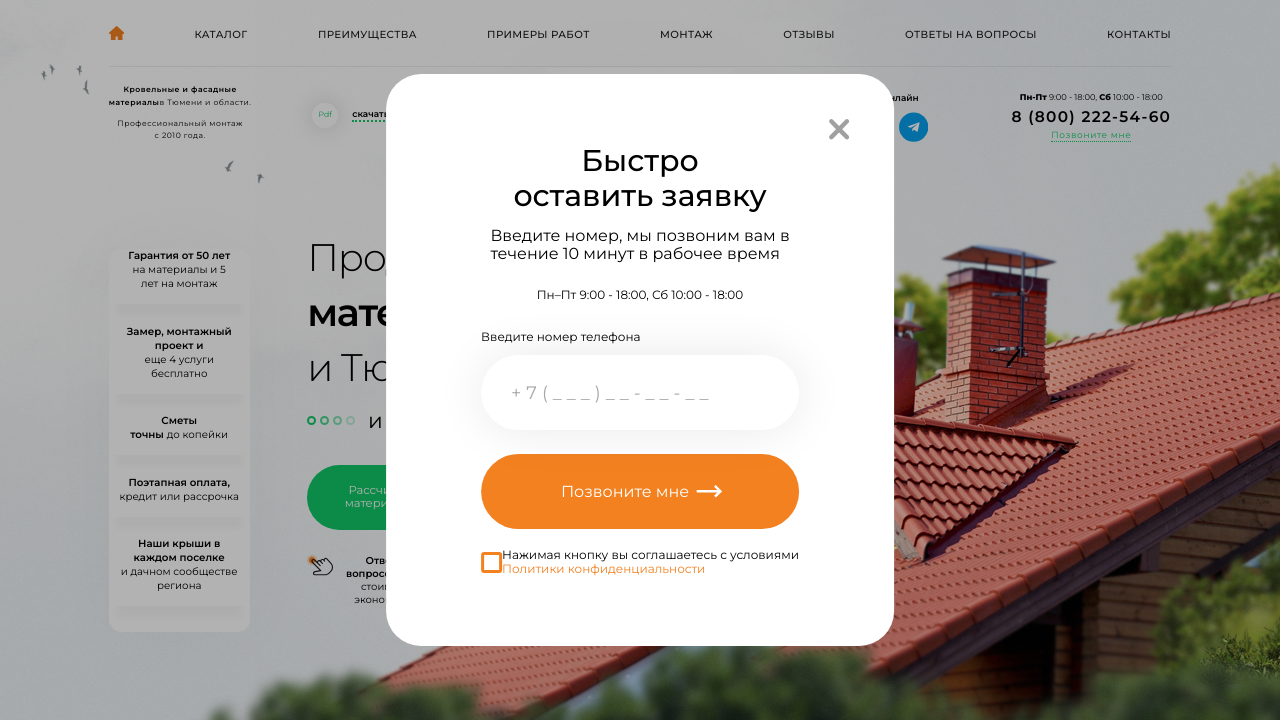
Repository: dima-hacker0/test_task_deyneka
Page: /
These files come from the project's save history. The page is drawn as it stood at one moment and after the next save; the edit follows.
The browser window is 1280 px wide. The pictures show the whole page.
The project was rebuilt for these pictures with package versions that can differ from the ones it lists, and the page was loaded fresh each time.

Above is the page before, as saved 2022-06-23 06:57:39.

### public/index.html
<!DOCTYPE html>
<html lang="en">
  <head>
    <meta charset="utf-8" />
    <link rel="preconnect" href="https://fonts.googleapis.com" />
    <link rel="preconnect" href="https://fonts.gstatic.com" crossorigin />
    <link
      href="https://fonts.googleapis.com/css2?family=Montserrat:ital,wght@0,100;0,200;0,300;0,400;0,500;0,600;0,700;0,800;0,900;1,100;1,200;1,300;1,400;1,500;1,600;1,700;1,800;1,900&display=swap"
      rel="stylesheet"
    />
    <link rel="icon" href="%PUBLIC_URL%/favicon.ico" />
    <meta name="viewport" content="width=device-width, initial-scale=1" />
    <meta name="theme-color" content="#000000" />
    <meta
      name="description"
      content="Web site created using create-react-app"
    />
    <link rel="apple-touch-icon" href="%PUBLIC_URL%/logo192.png" />
    <!--
      manifest.json provides metadata used when your web app is installed on a
      user's mobile device or desktop. See https://developers.google.com/web/fundamentals/web-app-manifest/
    -->
    <link rel="manifest" href="%PUBLIC_URL%/manifest.json" />
    <!--
      Notice the use of %PUBLIC_URL% in the tags above.
      It will be replaced with the URL of the `public` folder during the build.
      Only files inside the `public` folder can be referenced from the HTML.

      Unlike "/favicon.ico" or "favicon.ico", "%PUBLIC_URL%/favicon.ico" will
      work correctly both with client-side routing and a non-root public URL.
      Learn how to configure a non-root public URL by running `npm run build`.
    -->
    <title>React App</title>
  </head>
  <body>
    <noscript>You need to enable JavaScript to run this app.</noscript>
    <div id="root"></div>
    <!--
      This HTML file is a template.
      If you open it directly in the browser, you will see an empty page.

      You can add webfonts, meta tags, or analytics to this file.
      The build step will place the bundled scripts into the <body> tag.

      To begin the development, run `npm start` or `yarn start`.
      To create a production bundle, use `npm run build` or `yarn build`.
    -->
  </body>
</html>

### src/App.jsx
import "./App.css";
import Header from "./components/header/header";
import MainPage from "./components/main_page/main_page";
import Popap from "./components/popap/popap";

function App() {
  return (
    <div className="App">
      <Header />
      <MainPage />
      <Popap />
    </div>
  );
}

export default App;

### src/App.css
body {
  background-image: url(./images/BG.png);
  background-size: 100vw;
  background-repeat: no-repeat;
  min-height: 100vh;
}

### src/components/header/header.jsx
import Svg from "../../svg/svg";
import classes from "./header.module.css";

const Header = () => {
  return (
    <header className={classes.header}>
      <div className={classes.container}>
        <nav className={classes.navigation}>
          <a href="/">
            <Svg id="house" styles={classes.svg} />
          </a>
          <a href="/" className={classes.linkPage}>
            каталог
          </a>
          <a href="/" className={classes.linkPage}>
            преимущества
          </a>
          <a href="/" className={classes.linkPage}>
            примеры работ
          </a>
          <a href="/" className={classes.linkPage}>
            монтаж
          </a>
          <a href="/" className={classes.linkPage}>
            отзывы
          </a>
          <a href="/" className={classes.linkPage}>
            ответы на вопросы
          </a>
          <a href="/" className={classes.linkPage}>
            контакты
          </a>
        </nav>
      </div>
    </header>
  );
};

export default Header;

### src/components/main_page/main_page.jsx
import CentralBlock from "./central_block/central_block";
import CompanyAdvantages from "./company_advantages/company_advantages";
import classes from "./main_page.module.css";
import TopPanel from "./top_panel/top_panel";

const MainPage = () => {
  return (
    <section className={classes.mainPage}>
      <div className={classes.container}>
        <TopPanel />
        <div className={classes.advantagesAndMain}>
          <CompanyAdvantages />
          <CentralBlock />
        </div>
      </div>
    </section>
  );
};

export default MainPage;

### src/components/popap/popap.jsx
import Svg from "../../svg/svg";
import classes from "./popap.module.css";
import InputMask from "react-input-mask";
import React, { useState } from "react";

const Popap = () => {
  const checkBox = React.createRef();

  const [activeChecbox, setCheckBox] = useState(false);
  const [showAcceptConditions, setShowAcceptConditions] = useState(false);

  const submitForm = (event) => {
    event.preventDefault();
    if (!checkBox.current.checked) {
      setShowAcceptConditions(true);
      return;
    }
  };

  const clickCheckBox = () => {
    if (checkBox.current.checked) {
      setCheckBox(false);
    } else {
      setShowAcceptConditions(false);
      setCheckBox(true);
    }
  };

  return (
    <div className={classes.background}>
      <div className={classes.popap}>
        <div className={classes.container}>
          <p className={classes.submitApplicationText}>
            Быстро
            <br /> оставить заявку
          </p>
          <p className={classes.enterNumber}>
            Введите номер, мы позвоним вам в<br /> течение 10 минут в рабочее
            время
          </p>
          <p className={classes.workingHours}>
            Пн–Пт 9:00 - 18:00, Сб 10:00 - 18:00
          </p>

          <form onSubmit={submitForm}>
            <div className={classes.inputBlock}>
              <p className={classes.enterNumberInput}>Введите номер телефона</p>
              <InputMask
                className={classes.input}
                alwaysShowMask="true"
                mask="+7(999)99-99-99"
              />
            </div>
            <button type="submit" className={classes.buttonCallMe}>
              <p className={classes.buttonCallMe__text}>Позвоните мне</p>
              <Svg id="arrow" styles={classes.arrow}></Svg>
            </button>
            <div className={classes.checkBoxBlock}>
              <label
                onClick={clickCheckBox}
                className={classes.checkBoxLabel}
                htmlFor="checkbox"
              >
                <div
                  className={
                    activeChecbox
                      ? classes.customCheckboxActive
                      : classes.customCheckBoxInactive
                  }
                >
                  {activeChecbox ? (
                    <Svg id="check-mark" styles={classes.checkMark} />
                  ) : null}
                </div>
              </label>
              <div className={classes.acceptConditionsBlock}>
                <p className={classes.acceptConditions}>
                  Нажимая кнопку вы соглашаетесь с условиями
                  <br />{" "}
                  <span style={{ color: "#F38120" }}>
                    Политики конфиденциальности
                  </span>
                </p>
                {showAcceptConditions ? (
                  <p>Для начала примите условия</p>
                ) : null}
              </div>
            </div>
            <input
              style={{ display: "none" }}
              ref={checkBox}
              id="checkbox"
              type="checkbox"
            />
          </form>
        </div>
        <Svg styles={classes.cross} id="cross" />
      </div>
    </div>
  );
};

export default Popap;

### src/components/header/header.module.css
.linkPage {
  text-transform: uppercase;
  font-weight: 500;
  color: #1c1c1c;
  font-size: 0.8vw;
  letter-spacing: 0.03vw;
  transition: 0.4s;
}
.navigation {
  display: flex;
  justify-content: space-between;
  align-items: center;
  padding-top: 2vw;
  padding-bottom: 1.7vw;
}
.container {
  max-width: 83vw;
  margin: 0 auto;
  border-bottom: 1px solid rgba(0, 0, 0, 0.07);
}
.svg {
  width: 1.2vw;
}
.linkPage:after {
  display: block;
  content: "";
  height: 1px;
  width: 0%;
  background-color: #f38120;
  transition: width 0.4s ease-in-out;
}
.linkPage:hover:after,
.linkPage:focus:after {
  width: 100%;
}
.linkPage:hover {
  color: #f38120;
}

### src/components/main_page/central_block/central_block.jsx
import Svg from "../../../svg/svg";
import classes from "./central_block.module.css";

const CentralBlock = () => {
  return (
    <div className={classes.centralBlock}>
      <h1 className={classes.mainTitle}>
        Продажа{" "}
        <span className={classes.highlightText}>
          кровельных
          <br /> материалов{" "}
        </span>
        в Тюмени
        <br /> и Тюменской области
      </h1>
      <div className={classes.turnkeyInstallation}>
        <ul className={classes.circles}>
          <li className={classes.circles__item}></li>
          <li className={classes.circles__item}></li>
          <li className={classes.circles__item}></li>
          <li className={classes.circles__item}></li>
        </ul>
        <span className={classes.turnkeyInstallation__text}>
          и монтаж под ключ
        </span>
      </div>
      <div className={classes.buttons}>
        <button className={classes.buttons__item}>
          <div className={classes.buttonContent}>
            <span className={classes.buttonText}>
              Рассчитать стоимость
              <br /> материалов и монтажа
            </span>
            <Svg id="arrow" styles={classes.arrow} />
          </div>
        </button>
        <button className={classes.buttons__item}>
          <div className={classes.buttonContent}>
            <span className={classes.buttonText}>
              записаться на
              <br /> просмотр объектов
            </span>
            <Svg styles={classes.arrow} id="arrow" />
          </div>
        </button>
      </div>
      <div className={classes.answerSomeQuestions}>
        <Svg id="click" styles={classes.logoClick} />
        <p className={classes.answerSomeQuestions__text}>
          <span className={classes.answerSomeQuestionsBoldText}>
            {" "}
            Ответьте на несколько <br /> вопросов и получите
          </span>{" "}
          сметную <br /> стоимость и 3 подарка за <br /> экономию нашего времени
        </p>
      </div>
    </div>
  );
};

export default CentralBlock;

### src/components/main_page/company_advantages/company_advantages.jsx
import classes from "./company_advantages.module.css";

const CompanyAdvantages = () => {
  return (
    <div className={classes.companyAdvantages}>
      <p className={classes.item}>
        <span className={classes.highlightedItems}>
          Гарантия от 50 лет <br />
        </span>
        на материалы и 5 <br />
        лет на монтаж
      </p>
      <p className={classes.item}>
        <span className={classes.highlightedItems}>
          Замер, монтажный
          <br /> проект и
          <br />
        </span>
        еще 4 услуги
        <br /> бесплатно
      </p>
      <p className={classes.item}>
        <span className={classes.highlightedItems}>
          Сметы
          <br /> точны{" "}
        </span>
        до копейки
      </p>
      <p className={classes.item}>
        <span className={classes.highlightedItems}>
          Поэтапная оплата,
          <br />
        </span>{" "}
        кредит или рассрочка
      </p>
      <p className={classes.item}>
        <span className={classes.highlightedItems}>
          Наши крыши в<br /> каждом поселке
          <br />
        </span>{" "}
        и дачном сообществе
        <br /> региона
      </p>
    </div>
  );
};

export default CompanyAdvantages;

### src/components/main_page/main_page.module.css
.container {
  max-width: 83vw;
  margin: 0 auto;
}
.advantagesAndMain {
  display: flex;
  padding-top: 8vw;
}
.mainPage {
  padding-bottom: 3vw;
}

### src/components/main_page/top_panel/top_panel.jsx
import DownloadCatalog from "./download_catalog/download_catalog";
import Materials from "./materials/materials";
import classes from "./top_panel.module.css";
import Logo from "./logo/logo";
import Answer from "./answer_online/answer";
import CallMe from "./block_call_me/call_me";

const TopPanel = () => {
  return (
    <div className={classes.items}>
      <div className={classes.leftSide}>
        <Materials />
        <DownloadCatalog />
      </div>
      <Logo />
      <div className={classes.rightSide}>
        <Answer />
        <CallMe />
      </div>
    </div>
  );
};

export default TopPanel;

### src/components/popap/popap.module.css
.background {
  width: 100vw;
  height: 100vh;
  background-color: rgba(0, 0, 0, 0.3);
  position: fixed;
  left: 0;
  top: 0;
}
.container {
  padding: 70px 95px;
  display: flex;
  flex-direction: column;
  align-items: center;
}
.popap {
  position: absolute;
  left: 50%;
  top: 50%;
  background-color: white;
  transform: translate(-50%, -50%);
  border-radius: 35px;
}
.submitApplicationText {
  text-align: center;
  font-size: 30px;
  font-weight: 500;
}
.enterNumber {
  font-size: 16px;
  margin-top: 14px;
}
.cross {
  width: 20px;
  position: absolute;
  top: 45px;
  right: 45px;
  cursor: pointer;
}
.workingHours {
  font-weight: 400;
  font-size: 12px;
  margin-top: 24px;
}
.input {
  color: #a7a7a7;
  font-size: 18px;
  letter-spacing: 5px;
  max-width: 356px;
  width: 100%;
  height: 75px;
  padding: 0 30px;
  border-radius: 100vw;
  box-shadow: 0px 0px 50px rgba(0, 0, 0, 9%);
  margin-top: 12px;
  box-sizing: border-box;
}
.enterNumberInput {
  font-size: 12px;
}
.inputBlock {
  margin-top: 28px;
}
.buttonCallMe {
  background-color: #f38120;
  color: white;
  display: flex;
  max-width: 356px;
  width: 100%;
  height: 75px;
  border-radius: 100vw;
  justify-content: center;
  align-items: center;
  cursor: pointer;
  margin-top: 24px;
  transition: 0.3s;
}
.buttonCallMe:hover {
  box-shadow: 0px 0px 50px rgba(0, 0, 0, 19%);
}

.arrow {
  width: 20px;
  transform: rotate(45deg);
  margin-left: 10px;
}
.customCheckboxActive {
  width: 15px;
  height: 15px;
  background-color: #f38120;
  cursor: pointer;
  border: 3px solid #f38120;
  border-radius: 3px;
  position: relative;
}
.customCheckBoxInactive {
  width: 15px;
  height: 15px;
  cursor: pointer;
  border: 3px solid #f38120;
  border-radius: 3px;
}
.checkMark {
  position: absolute;
  left: 0;
  top: 0;
  left: 50%;
  top: 50%;
  transform: translate(-50%, -50%);
  width: 10px;
}
.checkBoxBlock {
  display: flex;
  align-items: center;
  margin-top: 19px;
}
.acceptConditions {
  white-space: nowrap;
  font-size: 12px;
}

### src/components/main_page/central_block/central_block.module.css
.centralBlock {
  margin-left: 4.5vw;
}
.mainTitle {
  font-weight: 300;
  font-size: 3vw;
  letter-spacing: -0.1vw;
  line-height: 4.3vw;
  margin-top: -1.5vw;
}
.highlightText {
  font-weight: 600;
}
.turnkeyInstallation {
  display: flex;
  align-items: center;
  margin-top: 1vw;
}
.circles {
  display: flex;
  column-gap: 0.3vw;
  margin-right: 1vw;
}
.circles__item {
  width: 0.4vw;
  height: 0.4vw;
  border-radius: 50%;
  border: 2px solid #12c868;
  display: flex;
  align-items: center;
}
.buttons {
  display: flex;
  width: 37.7vw;
  justify-content: space-between;
  margin-top: 2.5vw;
}
.buttons__item {
  border: 0;
  height: 5.1vw;
  border-radius: 100vw;
  display: flex;
  align-items: center;
  justify-content: center;
  cursor: pointer;
}
.buttons__item:hover .buttonContent {
  width: 65%;
}
.buttonContent {
  display: flex;
  justify-content: space-between;
  align-items: center;
  transition: 0.3s;
  width: 70%;
}
.turnkeyInstallation__text {
  font-size: 1.68vw;
}
.buttonText {
  color: white;
  font-size: 0.9vw;
}
.arrow {
  width: 1vw;
}
.logoClick {
  width: 1vw;
}
.answerSomeQuestions {
  margin-top: 2vw;
  display: flex;
}
.answerSomeQuestionsBoldText {
  font-weight: 600;
}
.answerSomeQuestions__text {
  margin-left: 1vw;
  font-size: 0.78vw;
  line-height: 1vw;
  text-align: center;
}
.buttons__item:first-child {
  background-color: #12c868;
  width: 19.5vw;
}
.buttons__item:nth-child(2) {
  background-color: #f38120;
  width: 17.2vw;
}
.circles__item:nth-child(2) {
  opacity: 0.75;
}
.circles__item:nth-child(3) {
  opacity: 0.5;
}
.circles__item:nth-child(4) {
  opacity: 0.25;
}

### src/components/main_page/company_advantages/company_advantages.module.css
.companyAdvantages {
  background-color: #fff;
  display: flex;
  flex-direction: column;
  line-height: 1.1vw;
  row-gap: 1.6vw;
  box-shadow: 0px 0px 75px rgba(0, 0, 0, 0.03);
  width: 11vw;
  padding-bottom: 2vw;
  border-radius: 1vw;
}
.item {
  font-size: 0.8vw;
  text-align: center;
  /* position: relative; */
  padding-bottom: 1vw;
  box-shadow: 0px 19px 7px -7px rgba(0, 0, 0, 0.03);
}
/* .item::before {
  content: "";
  width: 100%;
  height: 3px;
  background-color: black;
  position: absolute;
  left: 0;
} */
.highlightedItems {
  font-weight: 600;
}

### src/components/main_page/top_panel/download_catalog/download_catalog.jsx
import classes from "./download_catalog.module.css";

const DownloadCatalog = () => {
  return (
    <div className={classes.block}>
      <div className={classes.circlePdf}>Pdf</div>
      <p className={classes.downloadСatalog}>скачать прайс-каталог</p>
    </div>
  );
};

export default DownloadCatalog;

### src/components/main_page/top_panel/materials/materials.jsx
import classes from "./materials.module.css";

const Materials = () => {
  return (
    <div className={classes.item}>
      <p className={classes.text}>
        <span className={classes.textMaterials}>
          Кровельные и фасадные <br /> материалы
        </span>
        в Тюмени и области.
      </p>
      <p className={classes.text}>
        Профессиональный монтаж <br /> с 2010 года.
      </p>
    </div>
  );
};

export default Materials;

### src/components/main_page/top_panel/top_panel.module.css
.items {
  position: relative;
  display: flex;
  justify-content: space-between;
}
.leftSide {
  display: flex;
  justify-content: space-between;
  padding-top: 1.3vw;
  width: 27.5vw;
}
.rightSide {
  display: flex;
  justify-content: space-between;
  padding-top: 2vw;
  width: 27vw;
}

### src/components/main_page/top_panel/logo/logo.jsx
import classes from "./logo.module.css";
import Svg from "../../../../svg/svg";
import logo from "../../../../images/logo.png";

const Logo = () => {
  return (
    <div className={classes.block}>
      <div className={classes.blockLogo}>
        <Svg id="form" styles={classes.form} />
        <img className={classes.logo} src={logo} alt="logo" />
      </div>
    </div>
  );
};

export default Logo;

### src/components/main_page/top_panel/answer_online/answer.jsx
import Svg from "../../../../svg/svg";
import classes from "./answer.module.css";

const Answer = () => {
  return (
    <div className={classes.answerOnline}>
      <p className={classes.answerText}>
        Отвечаем <span style={{ fontWeight: 600 }}>онлайн</span>
      </p>
      <div className={classes.socialMedia}>
        <a className={classes.socialMedia__item} target="_blank" href="/">
          <Svg id="viber" styles={classes.icon} />
        </a>
        <a className={classes.socialMedia__item} target="_blank" href="/">
          <Svg id="whatsup" styles={classes.icon} />
        </a>
        <a className={classes.socialMedia__item} target="_blank" href="/">
          <Svg id="telegram" styles={classes.icon} />
        </a>
      </div>
    </div>
  );
};

export default Answer;

### src/components/main_page/top_panel/block_call_me/call_me.jsx
import classes from "./call_me.module.css";

const CallMe = () => {
  return (
    <div className={classes.callMeBlock}>
      <p className={classes.workingHours}>
        <span style={{ fontWeight: 800 }}>Пн-Пт</span> 9:00 - 18:00,{" "}
        <span style={{ fontWeight: 800 }}>Сб</span> 10:00 - 18:00
      </p>
      <p className={classes.number}>8 (800) 222-54-60</p>
      <span className={classes.callMeText}>Позвоните мне</span>
    </div>
  );
};

export default CallMe;

### src/components/main_page/top_panel/download_catalog/download_catalog.module.css
.circlePdf {
  color: #12c868;
  font-size: 0.6vw;
  width: 2vw;
  height: 2vw;
  justify-content: center;
  align-items: center;
  display: flex;
  box-shadow: 0px 0px 25px rgb(0 0 0 / 18%);
  border-radius: 50%;
}
.downloadСatalog {
  font-size: 0.7vw;
  font-weight: 600;
  border-bottom: 2px dotted #12c868;
}
.block {
  display: flex;
  align-items: center;
  justify-content: space-between;
  width: 11.6vw;
  cursor: pointer;
}

### src/components/main_page/top_panel/materials/materials.module.css
.textMaterials {
  font-weight: 600;
}
.text {
  font-size: 0.6vw;
  letter-spacing: 0.04vw;
  text-align: center;
  line-height: 1vw;
}
.item .text:first-child {
  margin-bottom: 8px;
}

### src/components/main_page/top_panel/logo/logo.module.css
.form {
  width: 20vw;
  -webkit-filter: drop-shadow(0px 25px 50px rgba(0, 0, 0, 0.03));
  filter: drop-shadow(0px 25px 50px rgba(0, 0, 0, 0.03));
}
.logo {
  position: absolute;
  width: 10vw;
  left: 50%;
  top: 37%;
  transform: translate(-50%, -50%);
}
.blockLogo {
  position: relative;
}
.block {
  position: absolute;
  left: 50%;
  top: -1.3vw;
  transform: translateX(-50%);
}

### src/components/main_page/top_panel/answer_online/answer.module.css
.answerText {
  font-size: 0.7vw;
  position: relative;
  text-align: center;
  margin-bottom: 0.7vw;
}
.answerText::before {
  content: "";
  width: 0.3vw;
  position: absolute;
  height: 0.3vw;
  background-color: #12c868;
  top: 50%;
  transform: translateY(-50%);
  border-radius: 50%;
  left: 0.2vw;
}
.icon {
  width: 2.3vw;
  transition: 0.2s;
}
.socialMedia {
  display: flex;
  justify-content: space-between;
  width: 8vw;
}
.icon:hover {
  width: 2vw;
}

### src/components/main_page/top_panel/block_call_me/call_me.module.css
.workingHours {
  font-size: 0.65vw;
  margin-bottom: 0.4vw;
}
.number {
  font-size: 1.2vw;
  font-weight: 600;
  letter-spacing: 0.1vw;
  margin-bottom: 0.4vw;
}
.callMeText {
  font-size: 0.7vw;
  letter-spacing: 0.05vw;
  color: #12c868;
  border-bottom: 0.15vw dotted #12c868;
}
.callMeBlock {
  display: flex;
  flex-direction: column;
  align-items: center;
}

Loaded but not shown: src/index.js (common file); src/svg/svg.jsx (212 lines, source omitted); src/index.css (359 lines, source omitted)

After the next save:
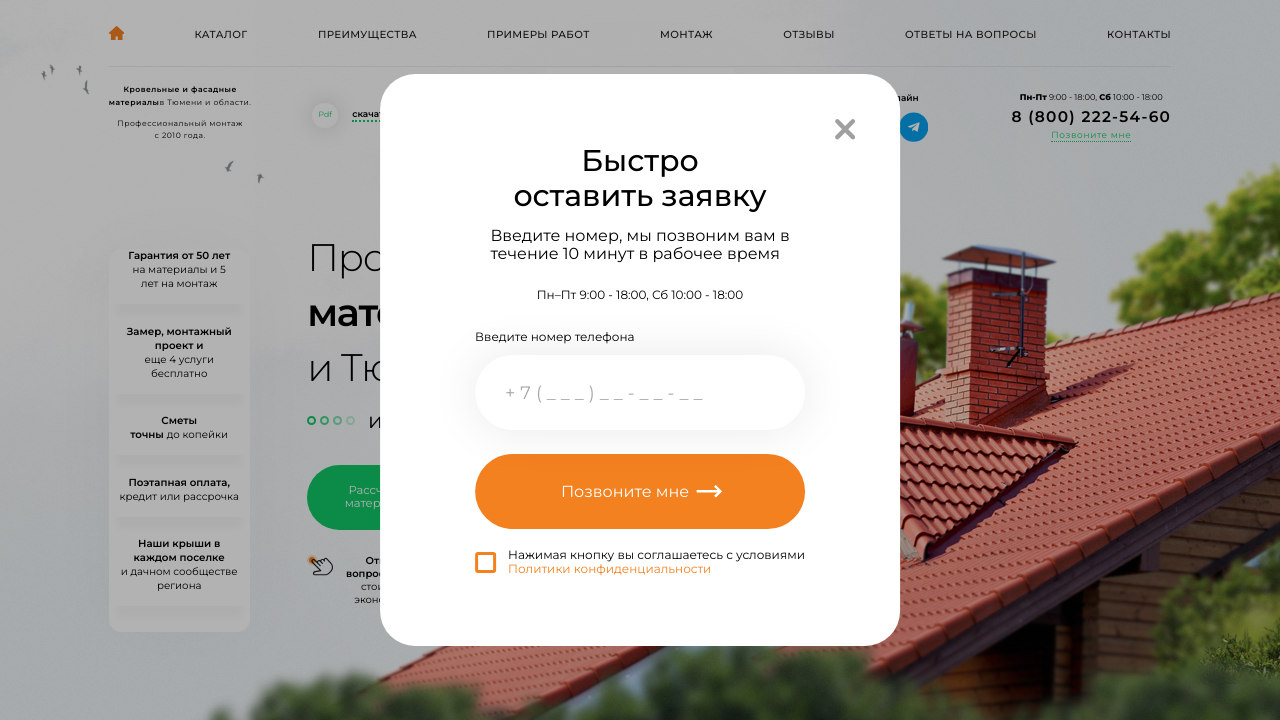
Saved 26 s later.
--- a/src/components/popap/popap.module.css
+++ b/src/components/popap/popap.module.css
@@ -117,3 +117,6 @@
   white-space: nowrap;
   font-size: 12px;
 }
+.acceptConditionsBlock {
+  margin-left: 12px;
+}
